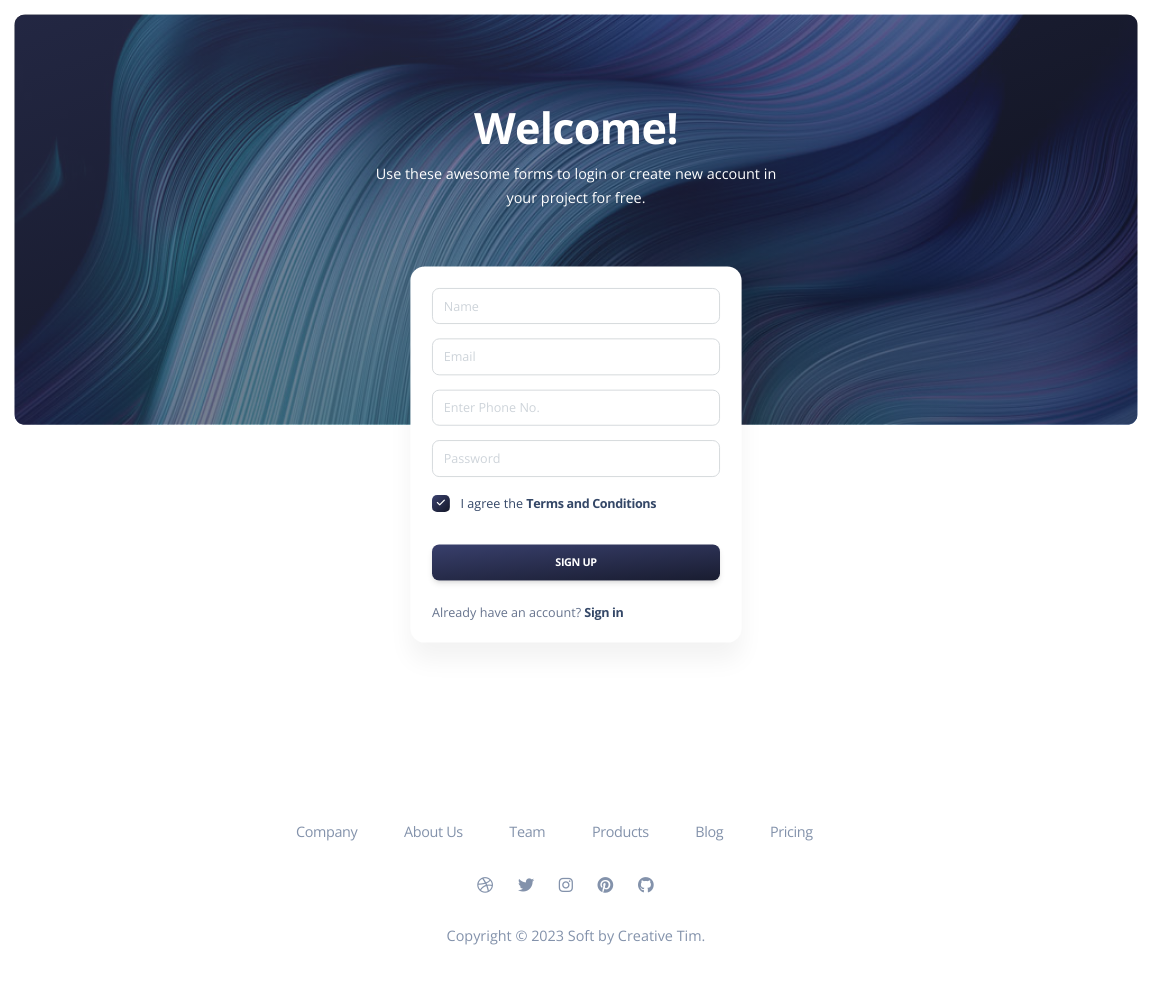
Repository: jigar-64/BlogOasis
Page: http://localhost/blogoasis/admin/pages/sign-up.php
The author's editor kept a copy of each file at every save. The page is drawn from the files as they stood at one save, then again after the next save.
The browser window is 1280 px wide. The pictures show the whole page, at 90% of full size.
Some web libraries are served in a nearby version. The page is run by PHP 8.4 with error messages shown; the project is at /var/www/html/.

Above is the page before, as saved 2023-08-13 02:04:45.

After the next save:
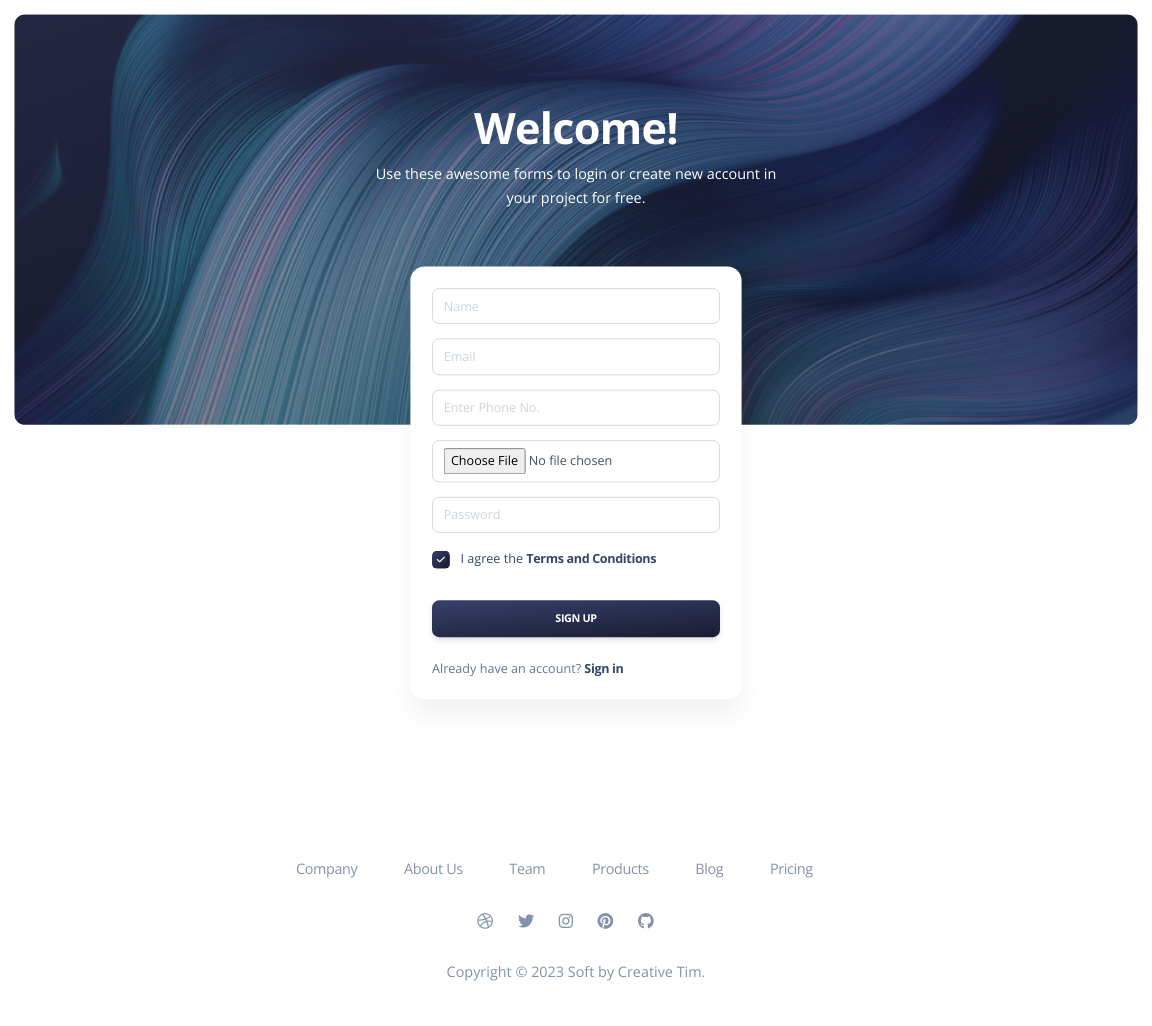
Saved 40 s later.
--- a/BlogOasis API/admin/pages/sign-up.php
+++ b/BlogOasis API/admin/pages/sign-up.php
@@ -55,6 +55,9 @@
                     </div>
                     <div class="mb-4">
                       <input type="text" class="text-sm focus:shadow-soft-primary-outline leading-5.6 ease-soft block w-full appearance-none rounded-lg border border-solid border-gray-300 bg-white bg-clip-padding py-2 px-3 font-normal text-gray-700 transition-all focus:border-fuchsia-300 focus:bg-white focus:text-gray-700 focus:outline-none focus:transition-shadow" placeholder="Enter Phone No." aria-label="pno" aria-describedby="email-addon" name="user_phoneNo" />
+                    </div>
+                    <div class="mb-4">
+                      <input type="file" class="text-sm focus:shadow-soft-primary-outline leading-5.6 ease-soft block w-full appearance-none rounded-lg border border-solid border-gray-300 bg-white bg-clip-padding py-2 px-3 font-normal text-gray-700 transition-all focus:border-fuchsia-300 focus:bg-white focus:text-gray-700 focus:outline-none focus:transition-shadow" placeholder="Enter Phone No." aria-label="pno" aria-describedby="email-addon" name="user_phoneNo" />
                     </div>
                     <div class="mb-4">
                       <input type="password" class="text-sm focus:shadow-soft-primary-outline leading-5.6 ease-soft block w-full appearance-none rounded-lg border border-solid border-gray-300 bg-white bg-clip-padding py-2 px-3 font-normal text-gray-700 transition-all focus:border-fuchsia-300 focus:bg-white focus:text-gray-700 focus:outline-none focus:transition-shadow" placeholder="Password" aria-label="Password" aria-describedby="password-addon" name="user_pass"/>
